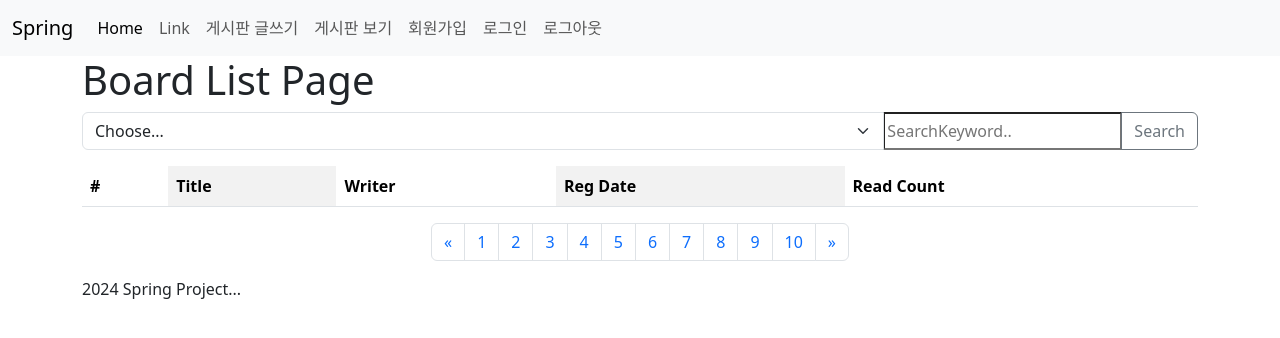
Repository: gajami-kim/240430_Spring_Study
Page: http://localhost/spring_study/WEB-INF/views/board/list.jsp
An editor plug-in stored every save of this project. The page is shown before and after the next save, followed by the edit.
The browser window is 1280 px wide. The pictures show the whole page.
The page is served by Tomcat 9. Nobody is signed in. The template is opened directly, without the code that normally fills it, so the values that code supplies are empty.

Above is the page before, as saved 2024-04-24 08:41:26.

After the next save:
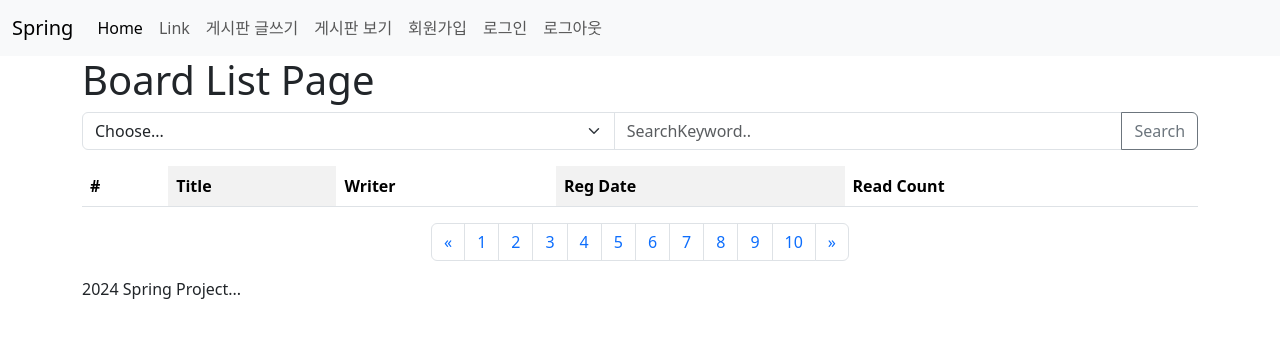
Saved 40 s later.
--- a/spring_study/src/main/webapp/WEB-INF/views/board/list.jsp
+++ b/spring_study/src/main/webapp/WEB-INF/views/board/list.jsp
@@ -14,7 +14,7 @@
 		    <option value="w">Writer</option>
 		    <option value="c">Content</option>
 		  </select>
-		  <input type="text" name="keyword" placeholder="SearchKeyword..">
+		  <input type="text" class="form-control" aria-label="Text input with segmented dropdown button" name="keyword" placeholder="SearchKeyword..">
 		  <button class="btn btn-outline-secondary" type="button">Search</button>
 		</div>
 	</form>
